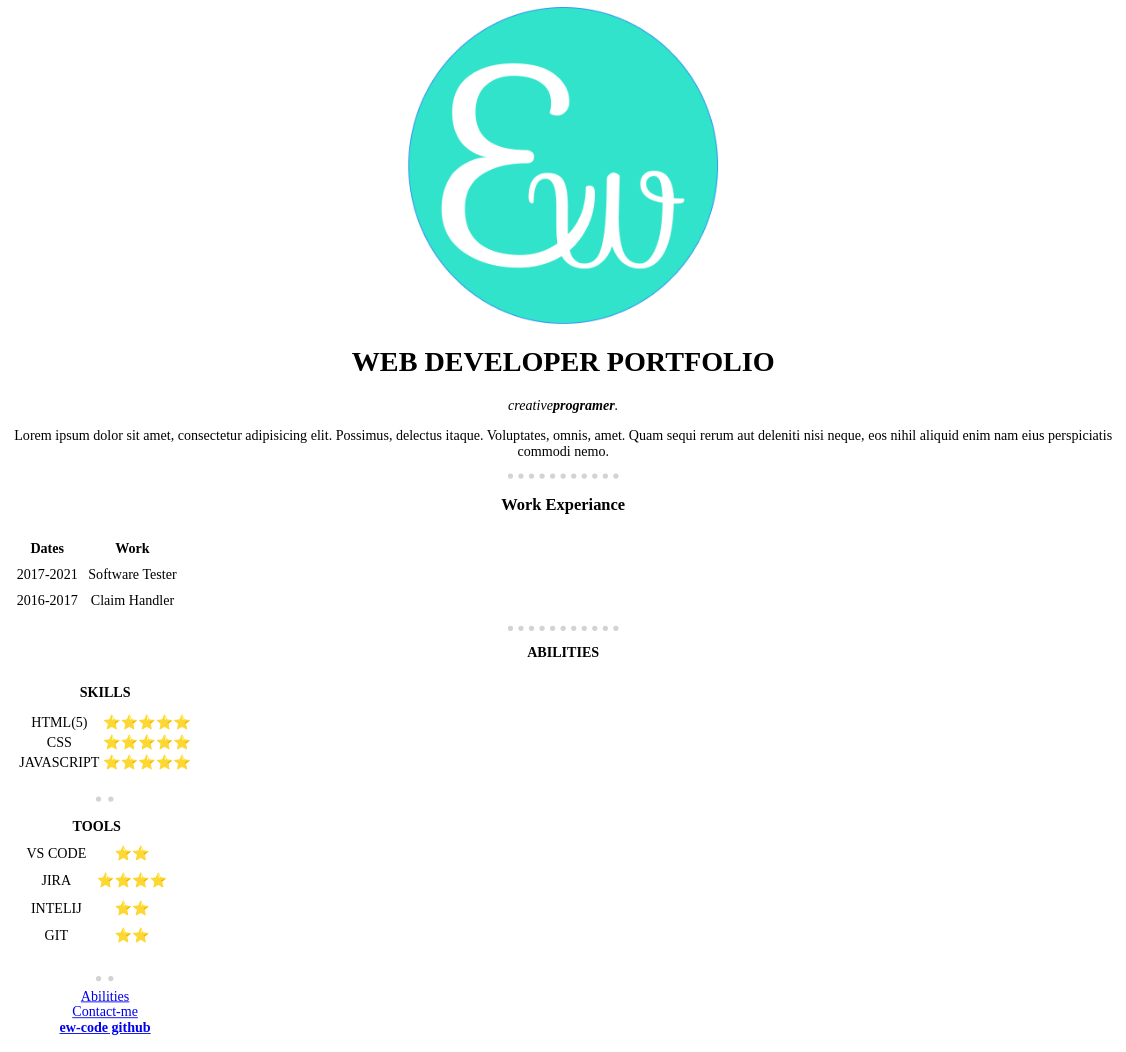
Repository: ew-code/Web-Development
Page: HTML - Personal Site/index.html
These files come from the project's save history. The page is drawn as it stood at one moment and after the next save; the edit follows.
The browser window is 1280 px wide. The pictures show the whole page, at 88% of full size.

Above is the page before, as saved 2021-01-06 21:39:03.

After the next save:
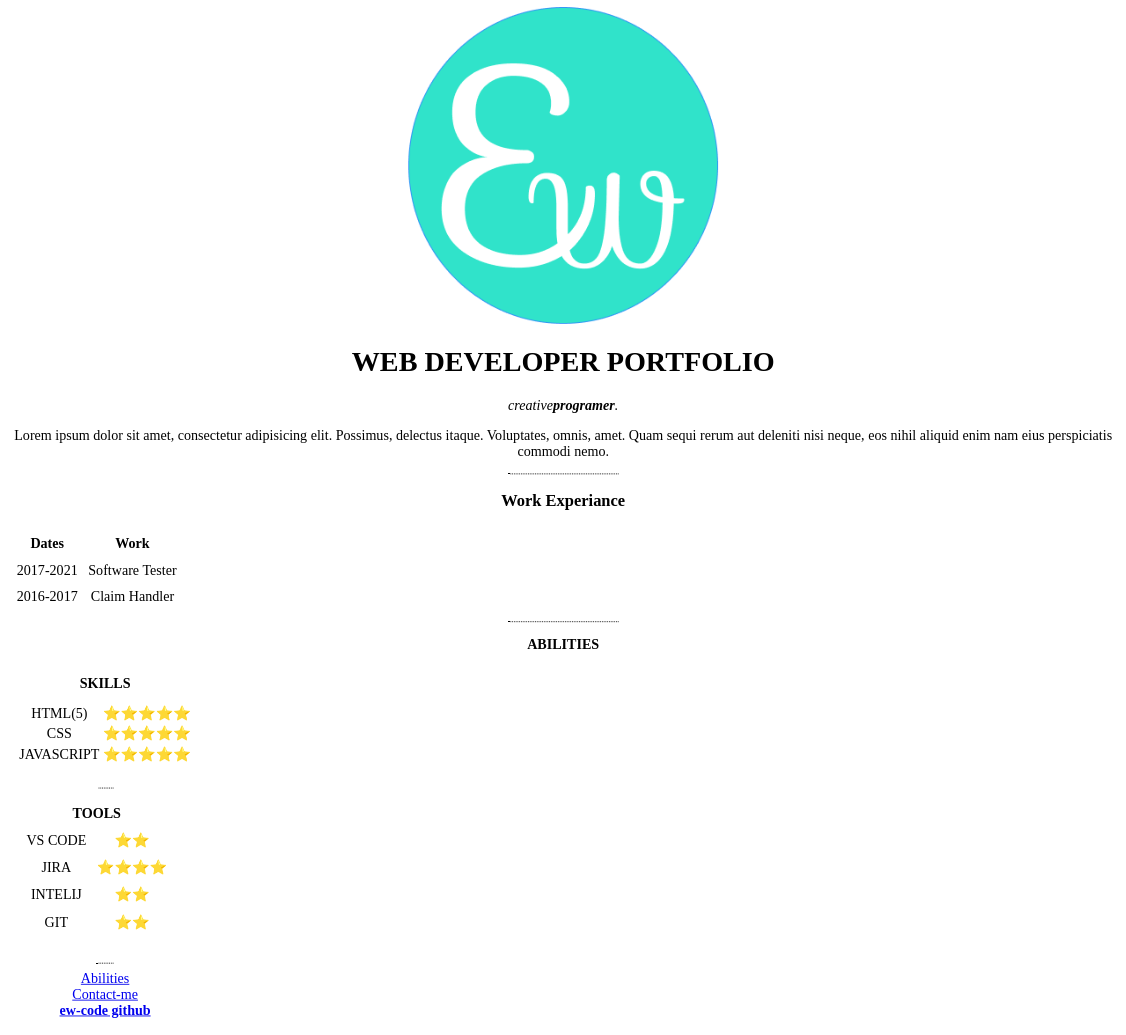
Saved 31 s later.
--- a/HTML - Personal Site/index.html
+++ b/HTML - Personal Site/index.html
@@ -9,7 +9,7 @@
    }
 
    hr {
-    border-top: 6px dotted lightgray;
+    border-top: 6px dotted dddddd;
     width: 10%;
     border-style: none;
     border-top-style: dotted;

After the save that followed:
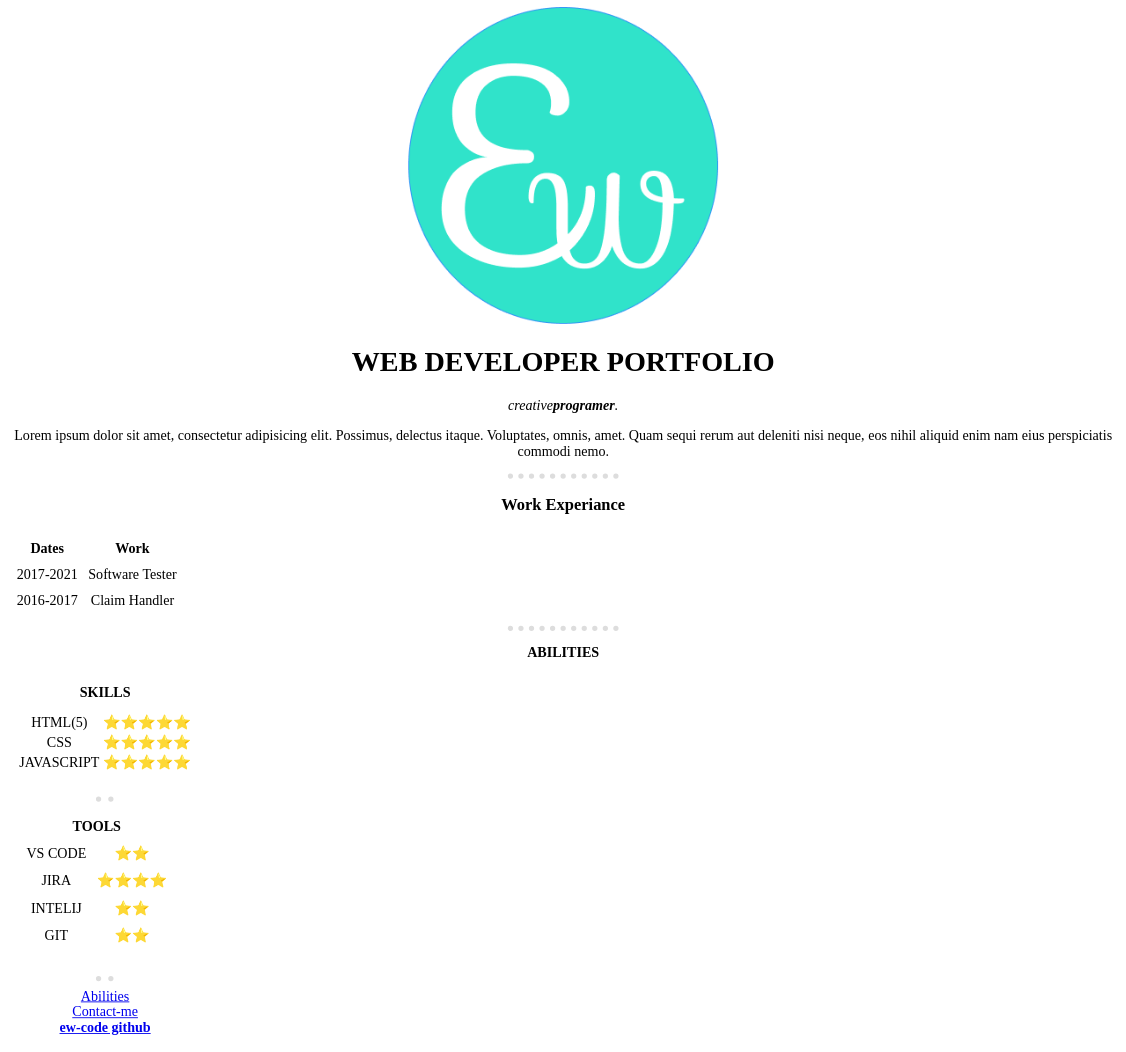
Saved 4 s later.
--- a/HTML - Personal Site/index.html
+++ b/HTML - Personal Site/index.html
@@ -9,7 +9,7 @@
    }
 
    hr {
-    border-top: 6px dotted dddddd;
+    border-top: 6px dotted #dddddd;
     width: 10%;
     border-style: none;
     border-top-style: dotted;
